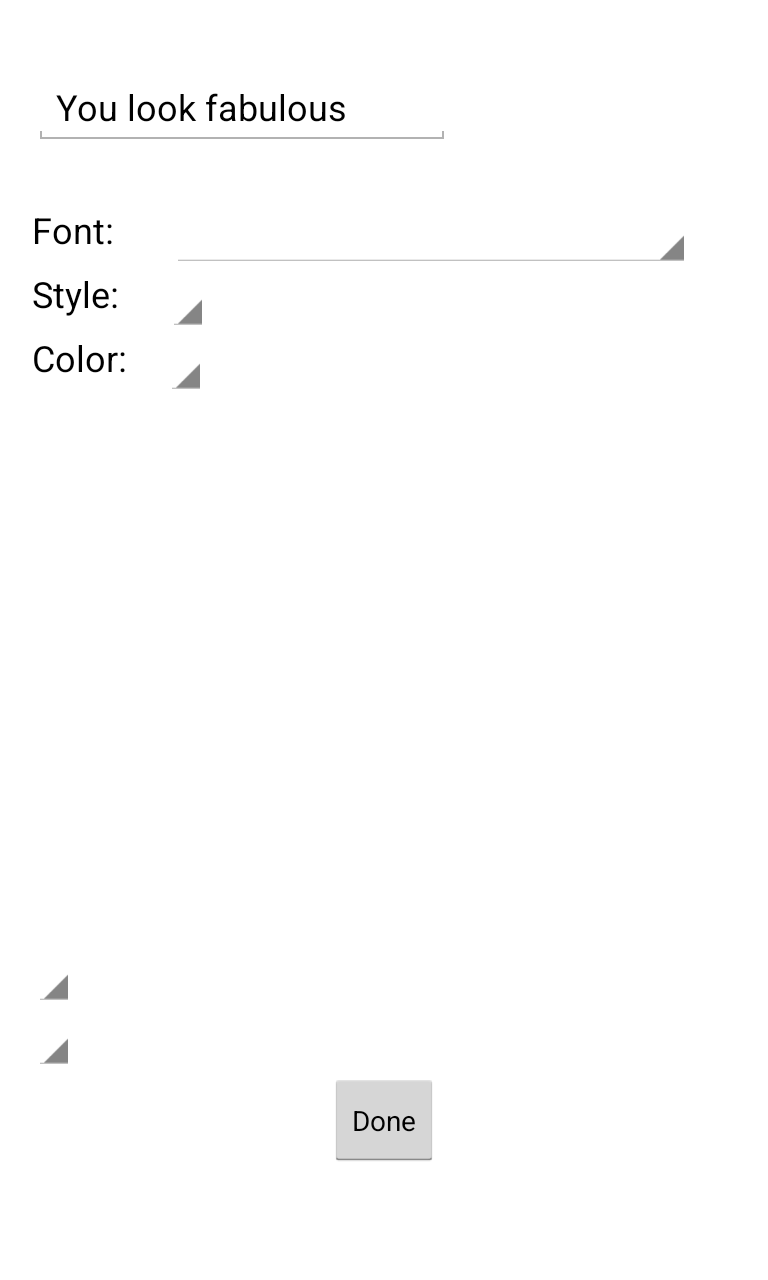
Repository: rtyanas/MyPics
Layout: workspace/MyPic/res/layout/activity_settings.xml
An editor plug-in stored every save of this project. The layout is shown before and after the next save, followed by the edit.
It is drawn on a 768 x 1280 px phone screen (xhdpi) without system bars, with theme AppTheme; the app's code is not run.

Above is the layout before, as saved 2013-12-17 19:27:30.

After the next save:
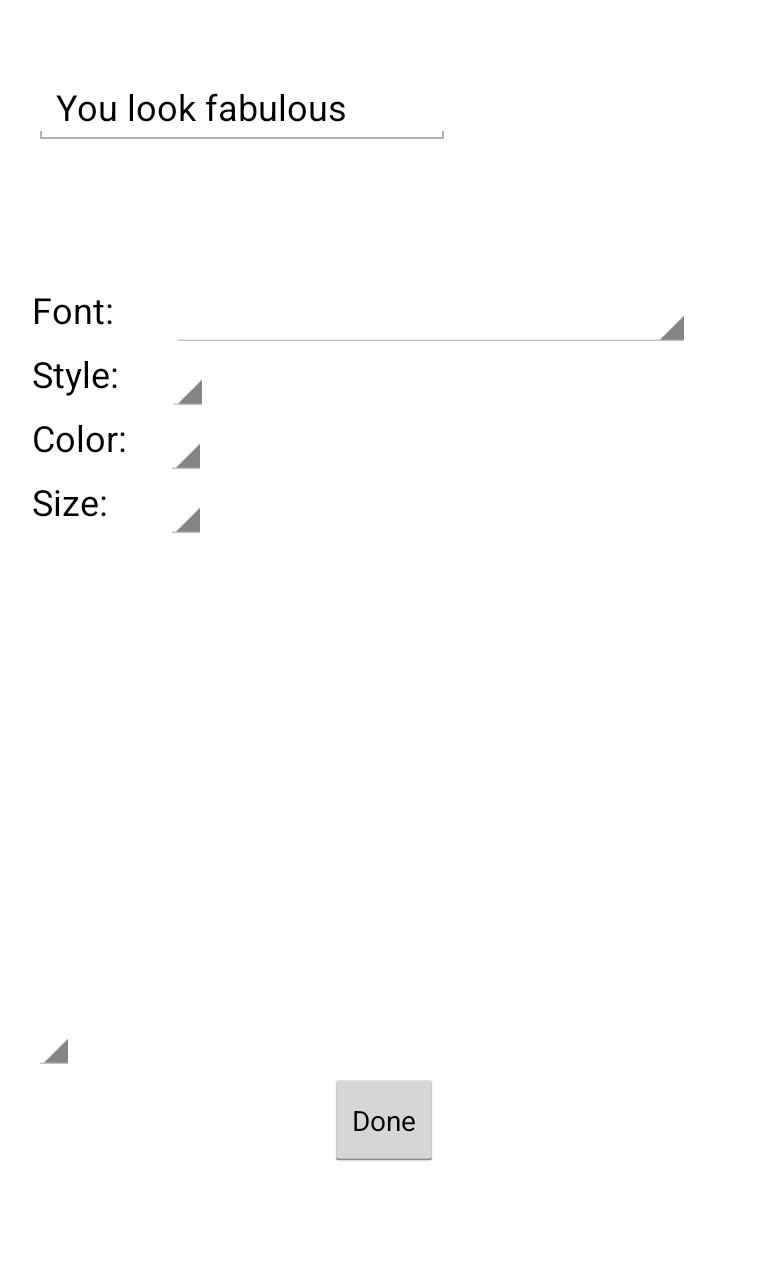
Saved 12 s later.
--- a/workspace/MyPic/res/layout/activity_settings.xml
+++ b/workspace/MyPic/res/layout/activity_settings.xml
@@ -32,36 +32,7 @@
         android:id="@+id/rotate"
         android:layout_width="wrap_content"
         android:layout_height="wrap_content"
-        android:layout_above="@+id/done"
-        android:layout_alignLeft="@+id/size" />
-
-    <Spinner
-        android:id="@+id/size"
-        android:layout_width="wrap_content"
-        android:layout_height="wrap_content"
-        android:layout_above="@+id/rotate"
-        android:layout_alignLeft="@+id/editText1" />
-
-    <LinearLayout
-        android:id="@+id/linearLayout1"
-        android:layout_width="wrap_content"
-        android:layout_height="wrap_content"
-        android:layout_alignLeft="@+id/editText1"
-        android:layout_below="@+id/editText1"
-        android:layout_marginTop="29dp" >
-
-        <TextView
-            android:id="@+id/textView2"
-            android:layout_width="69dp"
-            android:layout_height="wrap_content"
-            android:text="@string/font"
-            android:textAppearance="?android:attr/textAppearanceMedium" />
-
-        <Spinner
-            android:id="@+id/font"
-            android:layout_width="261dp"
-            android:layout_height="wrap_content" />
-    </LinearLayout>
+        android:layout_above="@+id/done" />
 
     <LinearLayout
         android:id="@+id/linearLayout2"
@@ -85,6 +56,7 @@
     </LinearLayout>
 
     <LinearLayout
+        android:id="@+id/linearLayout3"
         android:layout_width="wrap_content"
         android:layout_height="wrap_content"
         android:layout_alignLeft="@+id/linearLayout2"
@@ -104,4 +76,46 @@
             android:layout_weight="1" />
     </LinearLayout>
 
+    <LinearLayout
+        android:id="@+id/linearLayout1"
+        android:layout_width="wrap_content"
+        android:layout_height="wrap_content"
+        android:layout_alignLeft="@+id/editText1"
+        android:layout_below="@+id/editText1"
+        android:layout_marginTop="69dp" >
+
+        <TextView
+            android:id="@+id/textView2"
+            android:layout_width="69dp"
+            android:layout_height="wrap_content"
+            android:text="@string/font"
+            android:textAppearance="?android:attr/textAppearanceMedium" />
+
+        <Spinner
+            android:id="@+id/font"
+            android:layout_width="261dp"
+            android:layout_height="wrap_content" />
+    </LinearLayout>
+
+    <LinearLayout
+        android:layout_width="wrap_content"
+        android:layout_height="wrap_content"
+        android:layout_alignLeft="@+id/linearLayout3"
+        android:layout_below="@+id/linearLayout3" >
+
+        <TextView
+            android:id="@+id/textView4"
+            android:layout_width="66dp"
+            android:layout_height="wrap_content"
+            android:text="@string/size_label"
+            android:textAppearance="?android:attr/textAppearanceMedium" />
+
+        <Spinner
+            android:id="@+id/size"
+            android:layout_width="wrap_content"
+            android:layout_height="wrap_content"
+            android:layout_marginBottom="61dp"
+            android:layout_weight="1" />
+    </LinearLayout>
+
 </RelativeLayout>
